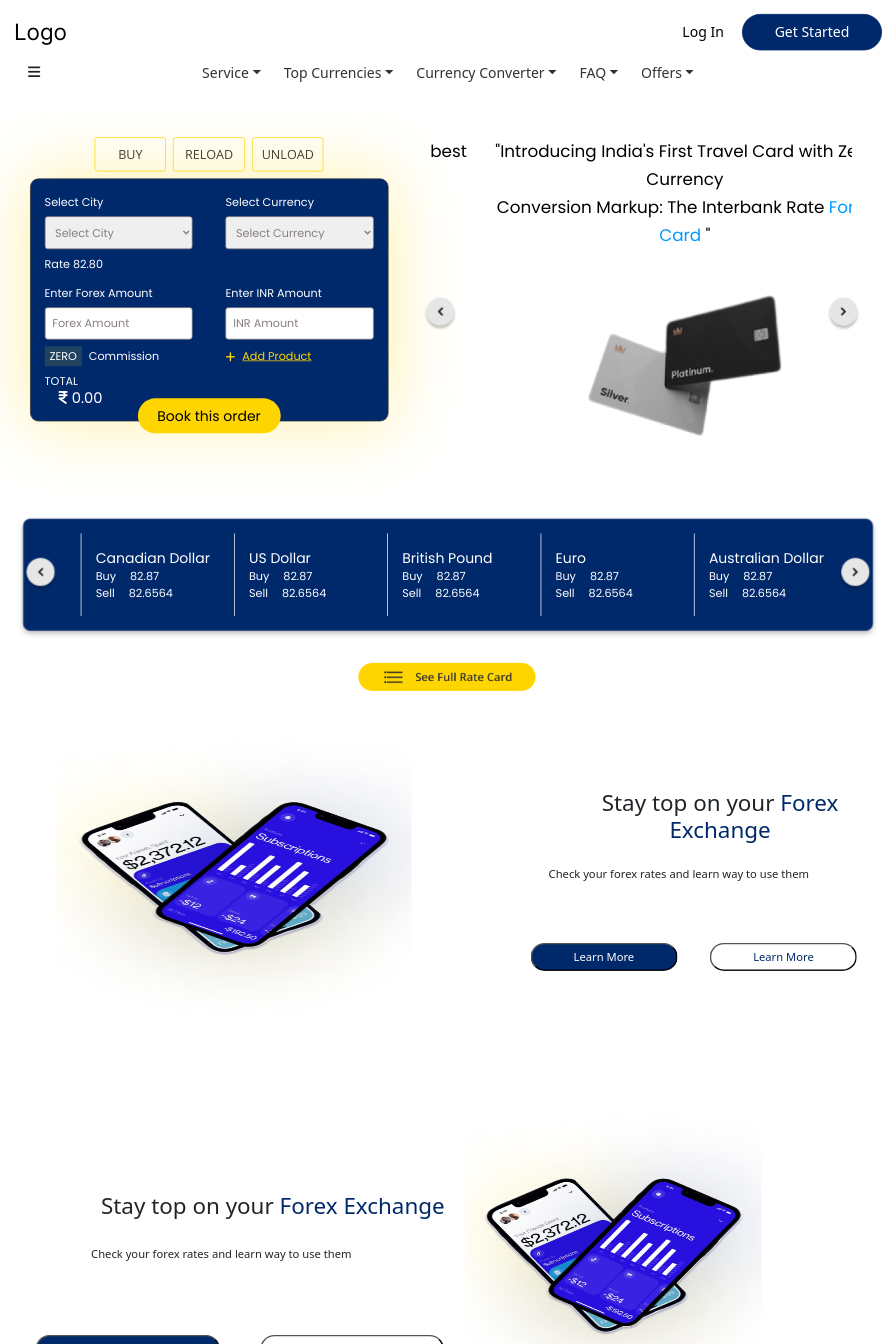
Repository: FlyweisReact/Akshadeep-latest
Page: /
An editor plug-in stored every save of this project. The page is shown before and after the next save, followed by the edit.
The browser window is 1280 px wide. The pictures show the part of the page from y = 0 to 1920 px (the page is 4489 px tall), at 70% of full size.
Some web libraries are served in a nearby version. The project was rebuilt for these pictures with package versions that can differ from the ones it lists, and the page was loaded fresh each time. Also part of the build but not shown: src/components/exchange.jsx, src/components/order_p1.jsx, src/components/order_p2.jsx, src/components/faas.jsx, src/components/offer.jsx, src/components/main2.jsx, src/components/home.jsx, src/components/slider.jsx and 6 more.

Above is the page before, as saved 2023-05-23 15:37:02.

### public/index.html
<!DOCTYPE html>
<html lang="en">
  <head>
    <meta charset="utf-8" />
    <link rel="icon" href="%PUBLIC_URL%/favicon.ico" />
    <meta name="viewport" content="width=device-width, initial-scale=1" />
    <meta name="theme-color" content="#000000" />
    <meta
      name="description"
      content="Web site created using create-react-app"
    />
    <link rel="apple-touch-icon" href="%PUBLIC_URL%/logo192.png" />

    <link rel="manifest" href="%PUBLIC_URL%/manifest.json" />
    <link rel="stylesheet" href="https://cdnjs.cloudflare.com/ajax/libs/font-awesome/5.15.3/css/all.min.css" />
    <link href="https://cdn.jsdelivr.net/npm/bootstrap@5.3.0-alpha1/dist/css/bootstrap.min.css" rel="stylesheet" integrity="sha384-GLhlTQ8iRABdZLl6O3oVMWSktQOp6b7In1Zl3/Jr59b6EGGoI1aFkw7cmDA6j6gD" crossorigin="anonymous">
    <title>React App</title>
  </head>
  <body>
    <noscript>You need to enable JavaScript to run this app.</noscript>
    <div id="root"></div>
    <script src="https://kit.fontawesome.com/b533b351e4.js" crossorigin="anonymous"></script>
  </body>
</html>

### src/components/Main.jsx
/** @format */

import React from "react";
import Navbar from "./navbar";
import "react-responsive-carousel/lib/styles/carousel.min.css";
import BottomCont from "./bottom_cont";
import Footer from "./footer";
import img from "../Images/a-7.png";
import img4 from "../Images/a-57.png";
import img5 from "../Images/a-58.png";
import UpperForm from "./Component/Index/UpperForm";
import UpperSlider from "./Component/Index/UpperSlider";
import CurrencySlider from "./Component/Index/CurrencySlider";

function Main() {
  return (
    <>
      <Navbar />

      <div  className="upper-two-component">
        <div className="left-component">
          <UpperForm />
        </div>
        <div className="right-component">
          <UpperSlider />
        </div>
      </div>


      <div className="Index-currency_cont">
      <CurrencySlider />
      </div>







      <div className="main-mid-2-cont">
        <img src={img5} alt="" />
      </div>
      <div className="main-2-cont">
        <div className="main-2-left">
          <img src={img} alt="" />
        </div>
        <div className="main-2-right">
          <h2>
            Stay top on your <spam className="sp">Forex Exchange</spam>
          </h2>
          <p>Check your forex rates and learn way to use them</p>
          <div className="main-2-r-btn">
            <button className="main-2l-btn">Learn More</button>
            <button className="main-2r-btn">Learn More</button>
          </div>
        </div>
      </div>
      <div className="main-3-cont">
        <div className="main-3-left">
          <h2>
            Stay top on your <spam className="sp">Forex Exchange</spam>
          </h2>
          <p>Check your forex rates and learn way to use them</p>
          <div className="main-2-r-btn">
            <button className="main-2l-btn">Learn More</button>
            <button className="main-2r-btn">Learn More</button>
          </div>
        </div>
        <div className="main-3-right">
          <img src={img} alt="" />
        </div>
      </div>
      <BottomCont />
      <Footer />
    </>
  );
}

export default Main;

### src/Style/Header.css
/** @format */

.Sticky-Header-Companent {
  height: 100%;
  background-color: var(--white);
  position: sticky;
  top: 0;
  z-index: 999;
  padding: 20px;
  transition: box-shadow 0.3s ease;
}

.scrolled {
  box-shadow: rgba(0, 0, 0, 0.24) 0px 3px 8px;
}

.Header {
  width: 100%;
  display: flex;
  justify-content: space-between;
  align-items: center;
}

.Header .left-component a {
  font-family: InterFont;
  font-size: 2rem;
  color: #000000;
  cursor: pointer;
  text-decoration: none;
}

.Header .right-component {
  display: flex;
  gap: 20px;
}
.Header .right-component .btn1 {
  font-weight: 500;
  font-size: var(--medium-font);
  color: var(--black);
  background-color: transparent;
  border: none;
}
.Header .right-component .btn2 {
  font-size: var(--medium-font);
  color: var(--white);
  background-color : #00296B;
  border: 1px solid #00296B;
  padding: 10px;
  width: 200px;
  border-radius: var(--half-border);
}

/* Category Drop- Down */
.Drop-Category-Bar {
  display: flex;
  align-items: center;
}
.Drop-Category-Bar .left-container {
  width: 20%;
  padding: 20px;
}

.Drop-Category-Bar .right-Container {
  display: flex;
  width: 60%;
  justify-content: space-evenly;
}

.Drop-Category-Bar .left-container i {
  font-size: var(--medium-font);
  cursor: pointer;
}
.Drop-Category-Bar .right-Container #dropdown-basic {
  border: none;
  font-size: var(--medium-font);
  font-style: normal;
  line-height: 29px;
  color: #333131;
}
.Drop-Category-Bar .right-Container #dropdown-button-drop-end {
  width: 100%;
  display: flex;
  justify-content: space-between;
  gap: 20px;
  align-items: center;
  font-size: var(--small-font);
  border: none;
}
.Drop-Category-Bar .right-Container .dropdown-item {
  width: 100%;
  font-size: var(--small-font);
  border: none;
  padding-left: 12px;
}

/* FullScreen Offcanvas */
.offcanvas.offcanvas-start {
  width: 100% !important;
  background-color: transparent;
}
.offcanvas-backdrop.show {
  opacity: 0.9 !important;
}
.Offcanvas-Menu {
  position: relative;
  padding: 20px;
}
.Offcanvas-Menu .fa-x {
  font-size: var(--medium-font);
  color: #fff;
  position: absolute;
  right: 20px;
  top: 20px;
  cursor: pointer;
}
.Offcanvas-Menu .Menu-Items {
  display: flex;
  justify-content: space-evenly;
  align-items: center;
  position: absolute;
  top: 50%;
  gap: 20px;
  left: 50%;
  transform: translate(-50%, -50%);
  width: 100%;
  padding-left: 5%;
  padding-right: 5%;
}
.Offcanvas-Menu .Menu-Items div {
  width: 20%;
  cursor: pointer;
}
.Offcanvas-Menu .Menu-Items div img {
  display: block;
  margin: auto;
}
.Offcanvas-Menu .Menu-Items div a {
  text-decoration: none;
}
.Offcanvas-Menu .Menu-Items p {
  font-size: var(--medium-font);
  color: #ffffff;
  text-align: center;
  margin-top: 10px;
  font-family: OpenFont;
  text-decoration: none;
  width: 100%;
}

### src/Style/Layout.css
/* Two Section Component */
.upper-two-component {
    display: flex;
    justify-content: space-evenly;
    padding-top: 20px;
}
.upper-two-component .left-component{
    width: 40%;
}
.upper-two-component .right-component{
    width: 50%;
}

/* Currency Container */
.Index-currency_cont{
    width: 98%;
    margin: auto;
    padding: 20px;
    filter: drop-shadow(0px 4px 4px rgba(0, 0, 0, 0.25));
}

### src/components/navbar.jsx
import Header from "./Layout/Header";

const Navbar = () => {
  return (
    <>
      <Header />

    </>
  );
};

export default Navbar;

### src/components/bottom_cont.jsx
import React from "react";
import img from "../Images/a-33.png";
import img2 from "../Images/a-34.png";
import img3 from "../Images/a-35.png";
import img4 from "../Images/a-36.png";
import img5 from "../Images/a-37.png";
import img6 from "../Images/a-51.png";

const BotCont = () => {
  return (
    <>
      <div className="bot-part-1">
        <div className="bot-cont-imgs">
          <div>
            <img src={img} />
            <h6>USD 1 Billion+</h6>
            <p>Exchanged so far</p>
          </div>
          <div>
            <img src={img2} />
            <h6>3,00,000+</h6>
            <p>Happy Customers</p>
          </div>
          <div>
            <img src={img3} />
            <h6>5000+</h6>
            <p>Banks and Money Exchangers</p>
          </div>
        </div>
      </div>
      <div className="bot-part-3">
        <img src={img6} />
      </div>
      <div className="bot-part-2">
        <h3>Media Mentions</h3>
        <div className="bot-part-2-sub">
          <div className="bot-cont-card">
            <h4>Loren Ipsum Id best Platform out there</h4>
            <p>
              Lorem Ipsum is simply dummy text of the printing and typesetting
              industry. Lorem Ipsum has been the industry's standard dummy text
              ever since the 1500s, when an unknown printer took a galley of
              type and scrambled it to make a type specimen book.
            </p>
            <div className="thin-line"></div>
            <div className="bot-cont-card-2">
              <img src={img4} />
              <p>5 star</p>
            </div>
          </div>
          <div className="bot-cont-card">
            <h4>Loren Ipsum Id best Platform out there</h4>
            <p>
              Lorem Ipsum is simply dummy text of the printing and typesetting
              industry. Lorem Ipsum has been the industry's standard dummy text
              ever since the 1500s, when an unknown printer took a galley of
              type and scrambled it to make a type specimen book.
            </p>
            <div className="thin-line"></div>
            <div className="bot-cont-card-2">
              <img src={img5} style={{height:"40px"}} />
              <p>5 star</p>
            </div>
          </div>
        </div>
      </div>
    </>
  );
};

export default BotCont;

### src/components/footer.jsx
import React from "react";

const Footer = () => {
  return (
    <footer className="footer">
      <div className="footer-cont">
        <div className="foot-row">
          <div className="foot-col">
            <h3>Company</h3>
            <p>About Us</p>
            <p>Contact Us</p>
            <p>Careers</p>
          </div>
          <div className="foot-col">
            <h3>Services</h3>
            <p>Prepaid Travel Card</p>
            <p>Foreign Demand Draft</p>
            <p>Foreign Currency</p>
            <p>Educational Loans</p>
            <p>Remmittance</p>
            <p>Travel Insurance</p>
            <p>Forex as a Service (Faas Solution)</p>
          </div>
          <div className="foot-col">
            <h3>Quick Links</h3>
            <p>FAQs</p>
            <p>Cancellation & Refund Policy</p>
            <p>Forex Rates</p>
            <p>Our Policies</p>
            <p>Terms of Use</p>
            <p>Site Map</p>
            <p>Offers</p>
          </div>
          <div className="foot-col">
            <h3>Insight</h3>
            <p>Blogs</p>
            <p>Press Release</p>
            <p>Foreign Currency</p>
            <p>Educational Loans</p>
            <p>Remmittance</p>
            <p>Travel Insurance</p>
            <p>Forex as a Service (Faas Solution)</p>
          </div>
          <div className="foot-col">
            <h3>Registered Office Address</h3>
            <p>Lorem Ipsum Pvt ltd.</p>
            <p>P-701 to P-705 lorem ipsum , 7th floor, 11th tower, panchsheel primerose, vatista
                , Gurugram, Hariyana
            </p>
            {/*<ul className="social-icons">
              <li>
                <a href="#">
                  <i className="fab fa-facebook-f"></i>
                </a>
              </li>
              <li>
                <a href="#">
                  <i className="fab fa-twitter"></i>
                </a>
              </li>
              <li>
                <a href="#">
                  <i className="fab fa-linkedin"></i>
                </a>
              </li>
              <li>
                <a href="#">
                  <i className="fab fa-instagram"></i>
                </a>
              </li>
            </ul>*/}
          </div>
        </div>
      </div>
      <div className="footer-bottom">
        <p>&copy; 2023 Forex Inc. All Rights Reserved.</p>
      </div>
    </footer>
  );
};

export default Footer;

### src/components/Component/Index/CurrencySlider.js
/** @format */

import { useRef } from "react";
import Slider from "react-slick";
import "slick-carousel/slick/slick.css";
import "slick-carousel/slick/slick-theme.css";
import img5 from "../../../Images/13.png";
import img6 from "../../../Images/14.png";

const CurrencySlider = () => {
  const sliderRef = useRef(null);
  const settings = {
    dots: false,
    infinite: true,
    speed: 500,
    slidesToShow: 5,
    slidesToScroll: 1,
    autoplay: true,
    autoplaySpeed: 1500,
  };

  const nextSlide = () => {
    sliderRef.current.slickNext();
  };

  const prevSlide = () => {
    sliderRef.current.slickPrev();
  };

  return (
    <>
      <div className="currency_slider_cont">
        <Slider {...settings} ref={sliderRef} className="currency_slider">
          <div className="Item">
            <p className="head">US Dollar</p>
            <div className="two_sec">
              <p>Buy</p>
              <p>82.87</p>
            </div>
            <div className="two_sec">
              <p>Sell</p>
              <p>82.6564</p>
            </div>
          </div>

          <div className="Item">
            <p className="head">British Pound</p>
            <div className="two_sec">
              <p>Buy</p>
              <p>82.87</p>
            </div>
            <div className="two_sec">
              <p>Sell</p>
              <p>82.6564</p>
            </div>
          </div>

          <div className="Item">
            <p className="head">Euro</p>
            <div className="two_sec">
              <p>Buy</p>
              <p>82.87</p>
            </div>
            <div className="two_sec">
              <p>Sell</p>
              <p>82.6564</p>
            </div>
          </div>

          <div className="Item">
            <p className="head">Australian Dollar</p>
            <div className="two_sec">
              <p>Buy</p>
              <p>82.87</p>
            </div>
            <div className="two_sec">
              <p>Sell</p>
              <p>82.6564</p>
            </div>
          </div>

          <div className="Item">
            <p className="head">Canadian Dollar</p>
            <div className="two_sec">
              <p>Buy</p>
              <p>82.87</p>
            </div>
            <div className="two_sec">
              <p>Sell</p>
              <p>82.6564</p>
            </div>
          </div>
          <div className="Item">
            <p className="head">US Dollar</p>
            <div className="two_sec">
              <p>Buy</p>
              <p>82.87</p>
            </div>
            <div className="two_sec">
              <p>Sell</p>
              <p>82.6564</p>
            </div>
          </div>

          <div className="Item">
            <p className="head">British Pound</p>
            <div className="two_sec">
              <p>Buy</p>
              <p>82.87</p>
            </div>
            <div className="two_sec">
              <p>Sell</p>
              <p>82.6564</p>
            </div>
          </div>

          <div className="Item">
            <p className="head">Euro</p>
            <div className="two_sec">
              <p>Buy</p>
              <p>82.87</p>
            </div>
            <div className="two_sec">
              <p>Sell</p>
              <p>82.6564</p>
            </div>
          </div>

          <div className="Item">
            <p className="head">Australian Dollar</p>
            <div className="two_sec">
              <p>Buy</p>
              <p>82.87</p>
            </div>
            <div className="two_sec">
              <p>Sell</p>
              <p>82.6564</p>
            </div>
          </div>

          <div className="Item">
            <p className="head">Canadian Dollar</p>
            <div className="two_sec">
              <p>Buy</p>
              <p>82.87</p>
            </div>
            <div className="two_sec">
              <p>Sell</p>
              <p>82.6564</p>
            </div>
          </div>
        </Slider>
        <div className="Prev-Next_cont">
          <img src={img5} onClick={prevSlide} className="PrevImg" alt="" />
          <img src={img6} onClick={nextSlide} className="NextImg" alt="" />
        </div>
      </div>
    </>
  );
};

export default CurrencySlider;

### src/components/signup.jsx
import Button from "react-bootstrap/Button";
import Modal from "react-bootstrap/Modal";

function MyVerticallyCenteredModal(props) {
  return (
    <Modal
      {...props}
      size="lg"
      aria-labelledby="contained-modal-title-vcenter"
      centered
    >
      <Modal.Body>
        <div className="popupe-container">
          <div className="popupe">
            <span className="close" onClick={props.onHide}>
              &times;
            </span>
            <h2 className="form-title">Register</h2>
            <form>
              <div class="form-groupe">
                <label for="name" className="label-inp">Name</label>
                <input type="text" id="name" name="name" placeholder="Enter your name here" />
              </div>
              <div class="form-groupe">
                <label for="mobile" className="label-inp">Mobile Number</label>
                <input type="email" id="email" name="email" placeholder="Enter your mobile no here"/>
              </div>
              <div class="form-groupe">
                <label for="email" className="label-inp">Email</label>
                <input type="email" id="email" name="email" placeholder="Enter your email here"/>
              </div>
              <button type="submit" className="btn-form-submit">Submit</button>
            </form>
            <h2 className="form-title">Or</h2>
            <div className="form-bot-cont">
              <div className="left-btn">
                  <button className="btn-2">
                  <i class="fab fa-facebook-f fc" ></i>
                  facebook</button>
              </div>
              <div className="right-btn">
                  <button className="btn-2">
                  <i class="fab fa-google-plus-g gl"></i>
                    Google</button>
              </div>
            </div>
            </div>
          </div>
      </Modal.Body>
    </Modal>
  );
}

export default MyVerticallyCenteredModal;

### src/components/login.jsx

import Modal from "react-bootstrap/Modal";

function MyVerticallyCenteredModal(props) {
  return (
    <Modal
      {...props}
      size="lg"
      aria-labelledby="contained-modal-title-vcenter"
      centered
    >
      <Modal.Body>
        <div className="popupe-container">
          <div className="popupe">
            <span className="close" onClick={props.onHide}>
              &times;
            </span>
            <h2 className="form-title">Login</h2>
            <form>
              <div class="form-groupe">
                <label for="name" className="label-inp">Mobile Number/ Email Id</label>
                <input type="text" id="name" name="name" placeholder="Enter mobile number/ email Id" />
              </div>
              <button type="submit" className="btn-form-submit">Submit</button>
            </form>
            </div>
            <h2 className="form-title">Or</h2>
            <div className="form-bot-cont">
              <div className="left-btn">
                  <button className="btn-2">
                  <i class="fab fa-facebook-f fc" ></i>
                  facebook</button>
              </div>
              <div className="right-btn">
                  <button className="btn-2">
                  <i class="fab fa-google-plus-g gl"></i>
                    Google</button>
              </div>
            </div>
          </div>
      </Modal.Body>
    </Modal>
  );
}

export default MyVerticallyCenteredModal;

Loaded but not shown: src/Json/menu.json (187 lines, source omitted); src/components/Component/Index/UpperSlider.js (180 lines, source omitted); src/components/Component/Index/UpperForm.js (74 lines, source omitted); src/components/Layout/DropBar.js (60 lines, source omitted); src/components/Layout/Sidebar.js (70 lines, source omitted); src/App.js (50 lines, source omitted); src/components/Layout/Header.js (56 lines, source omitted); src/index.js (13 lines, source omitted); src/index.css (2406 lines, source omitted); src/Style/Component.css (289 lines, source omitted)

After the next save:
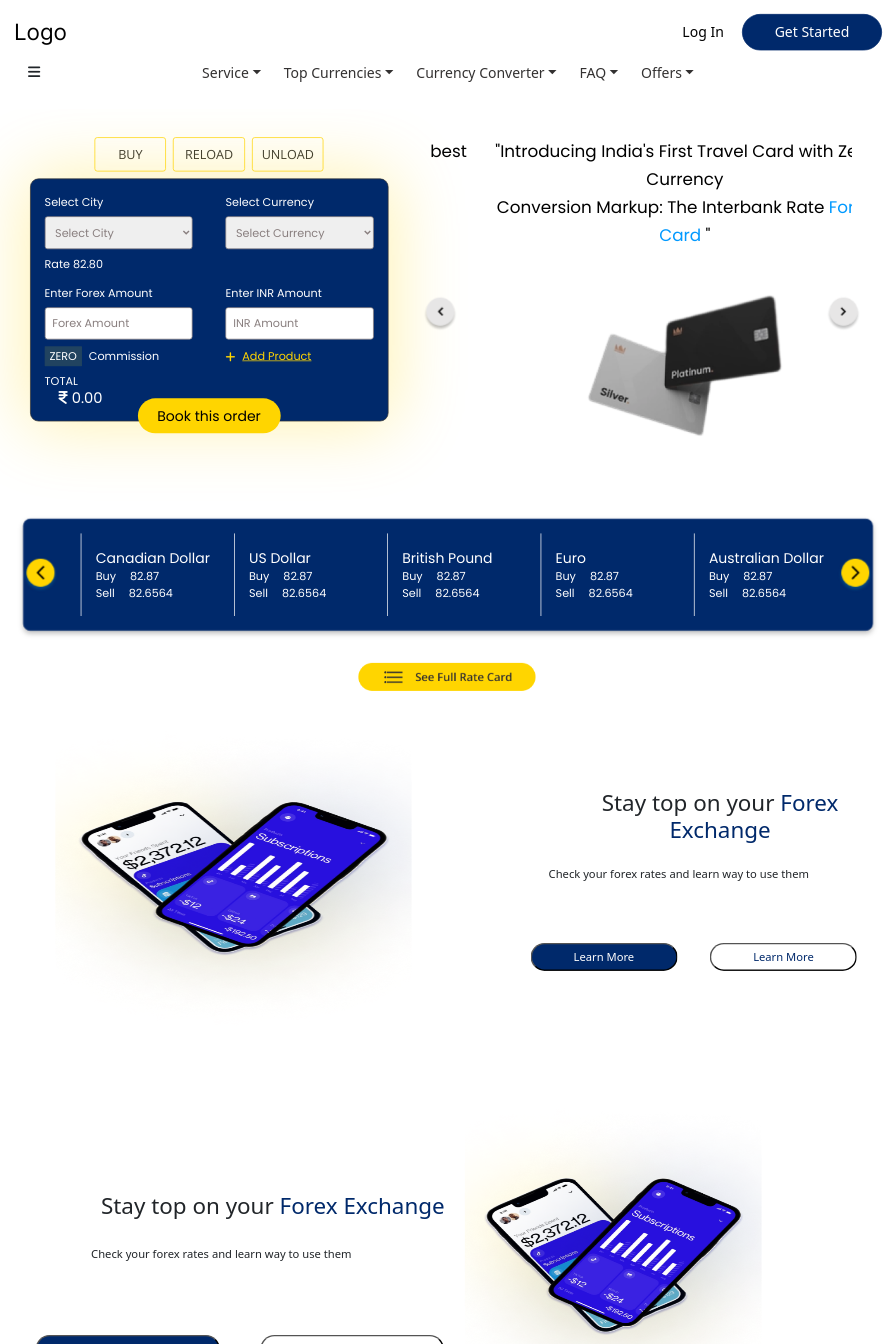
Saved 90 s later.
--- a/src/components/Component/Index/CurrencySlider.js
+++ b/src/components/Component/Index/CurrencySlider.js
@@ -4,8 +4,8 @@ import { useRef } from "react";
 import Slider from "react-slick";
 import "slick-carousel/slick/slick.css";
 import "slick-carousel/slick/slick-theme.css";
-import img5 from "../../../Images/13.png";
-import img6 from "../../../Images/14.png";
+import img5 from "../../../Images/15.png";
+import img6 from "../../../Images/16.png";
 
 const CurrencySlider = () => {
   const sliderRef = useRef(null);
